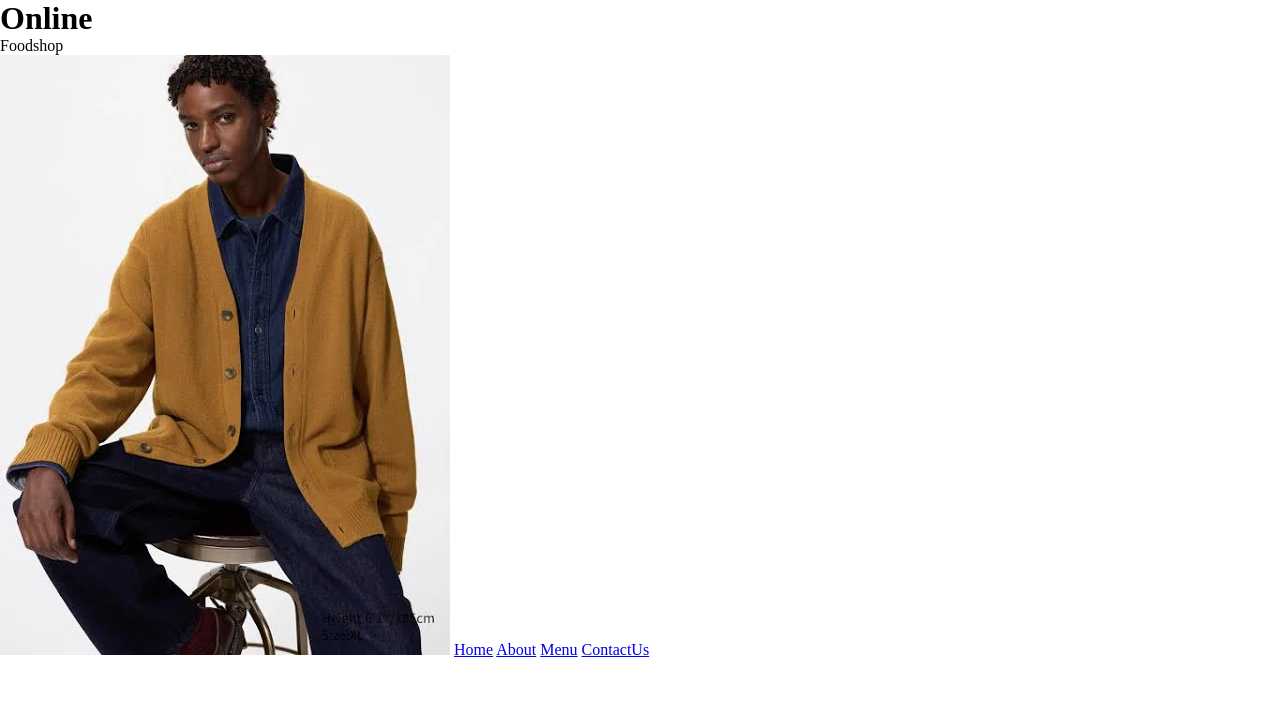
Repository: sristigupta04/basic-js-project
Page: online foood app.cpp/on.html
An editor plug-in stored every save of this project. The page is shown before and after the next save, followed by the edit.
The browser window is 1280 px wide. The pictures show the whole page.

Above is the page before, as saved 2025-11-15 21:16:31.

### online foood app.cpp/on.html
<!DOCTYPE html>
<html lang="en">
<head>
    <meta charset="UTF-8">
    <meta name="viewport" content="width=device-width, initial-scale=1.0">
    <title>ONLINE FOOD Shop</title>
    <link rel="stylesheet" href="on.css"/>
</head>
<body>
    <h1>Online</h1>
    <span>Foodshop</span>
<div class="navi">
    <img src="wollen.webp"/>
<a href="#">Home</a>
<a href="#">About</a>
<a href="#">Menu</a>
<a href="#">ContactUs</a>

</div>
</body>
</html>

Loaded but not shown: online foood app.cpp/on.css (common file)

After the next save:
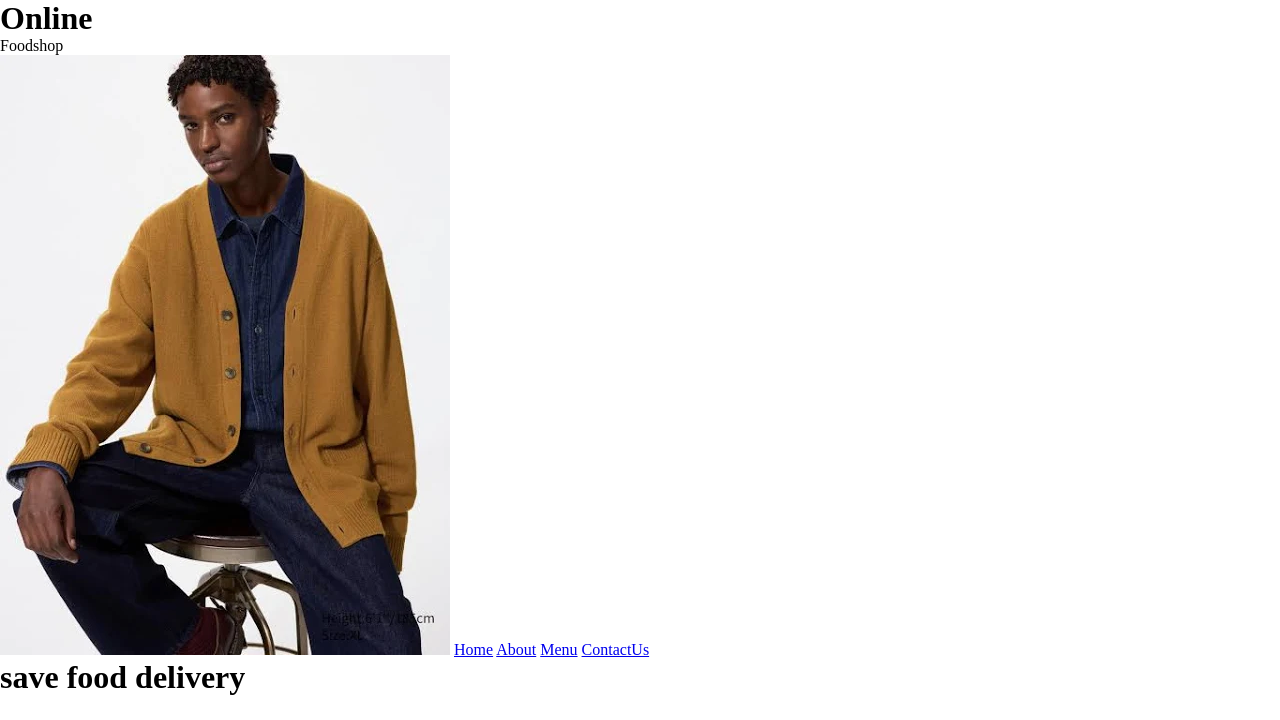
Saved 9 min 23 s later.
--- a/online foood app.cpp/on.html
+++ b/online foood app.cpp/on.html
@@ -15,6 +15,13 @@
 <a href="#">About</a>
 <a href="#">Menu</a>
 <a href="#">ContactUs</a>
+       <div class="main">
+        <h1>save food delivery</h1>
+        <div class="protfolio">
+            <div class="one"></div>
+            <div class="tow"></div>
+        </div>
+       </div>
 
 </div>
 </body>
